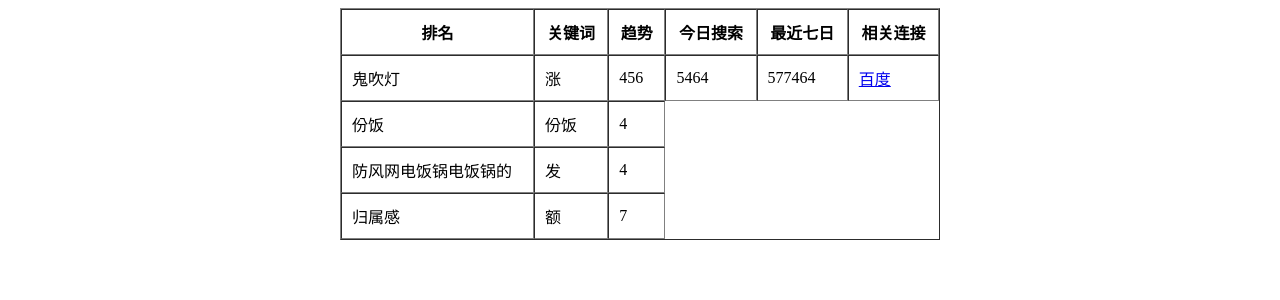
Repository: TheBestBadGuy0228/code
Page: day2_表格基本语法.html
These files come from the project's save history. The page is drawn as it stood at one moment and after the next save; the edit follows.
The browser window is 1280 px wide. The pictures show the whole page.

Above is the page before, as saved 2021-06-23 14:55:47.

### day2_表格基本语法.html
<!-- /*
 * @Author: 风车车的表哥
 * @Date: 2021-06-23 14:06:46
 * @Last Modified by:   风车车的表哥
 * @Last Modified time: 2021-06-23 14:06:46
 */ -->
<!DOCTYPE html>
<html lang="en">

<head>
    <meta charset="UTF-8">
    <meta http-equiv="X-UA-Compatible" content="IE=edge">
    <meta name="viewport" content="width=device-width, initial-scale=1.0">
    <title>表格基础语法</title>
</head>

<body>
    <!-- 属性写在table标签中 -->
    <table align="center" border="1" cellpadding="10" cellspacing="0" width="600">
        <tr>
            <th>排名</th>
            <th>关键词</th>
            <th>趋势</th>
            <th>今日搜索</th>
            <th>最近七日</th>
            <th>相关连接</th>
        </tr>
        <tr>
            <td>鬼吹灯</td>
            <td>涨</td>
            <td>456</td>
            <td>5464</td>
            <td>577464</td>
            <td><a href="http://www.baidu.com" target="_blank">百度</a></td>
        </tr>
        <tr>
            <td>份饭</td>
            <td>份饭</td>
            <td>4</td>
        </tr>
        <tr>
            <td>防风网电饭锅电饭锅的</td>
            <td>发</td>
            <td>4</td>
        </tr>
        <tr>
            <td>归属感</td>
            <td>额</td>
            <td>7</td>
        </tr>

    </table>
</body>

</html>

After the next save:
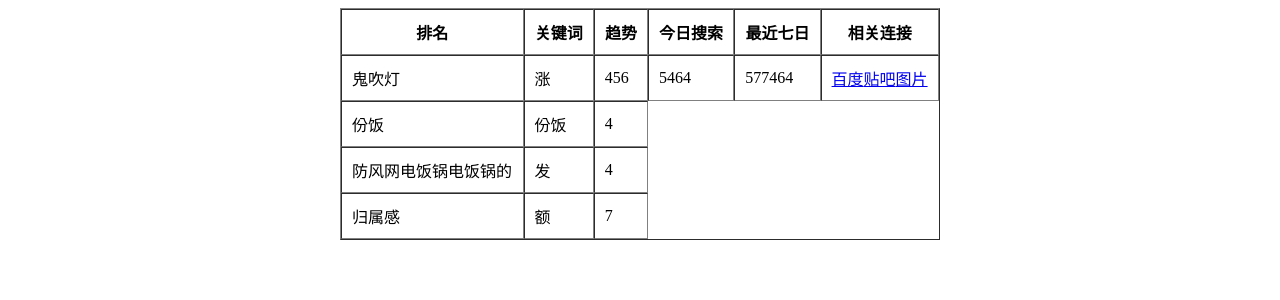
Saved 2 min 44 s later.
--- a/day2_表格基本语法.html
+++ b/day2_表格基本语法.html
@@ -31,7 +31,7 @@
             <td>456</td>
             <td>5464</td>
             <td>577464</td>
-            <td><a href="http://www.baidu.com" target="_blank">百度</a></td>
+            <td><a href="http://www.baidu.com" target="_blank">百度</a><a href="#">贴吧</a><a href="#">图片</a></td>
         </tr>
         <tr>
             <td>份饭</td>
